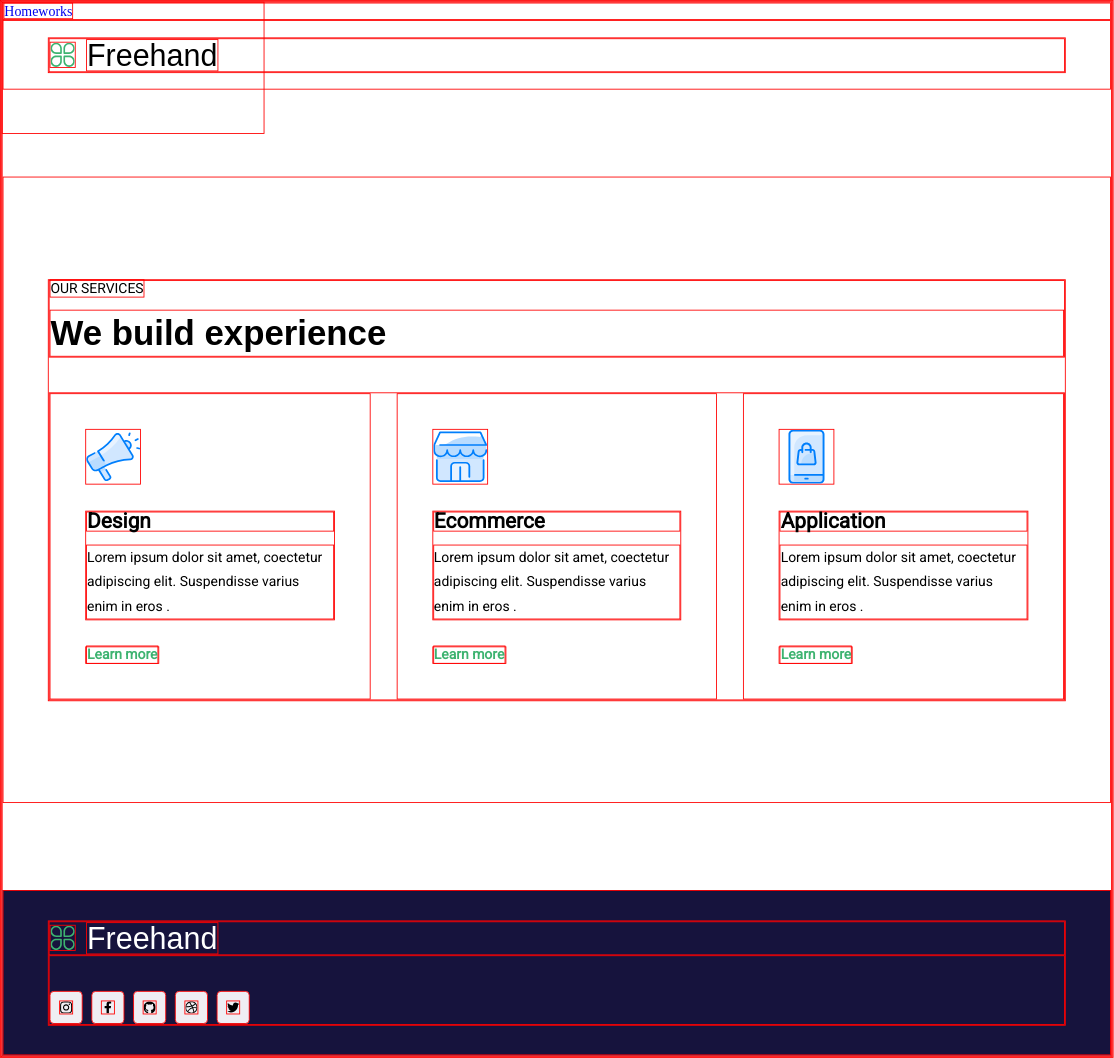
Repository: Tsiniavska/beetroot-test-project
Page: Homeworks/svg/index.html
These files come from the project's save history. The page is drawn as it stood at one moment and after the next save; the edit follows.
The browser window is 1280 px wide. The pictures show the whole page, at 87% of full size.
Some web fonts or font styles are not loaded; a fallback is used.

Above is the page before, as saved 2024-02-28 22:57:15.

After the next save:
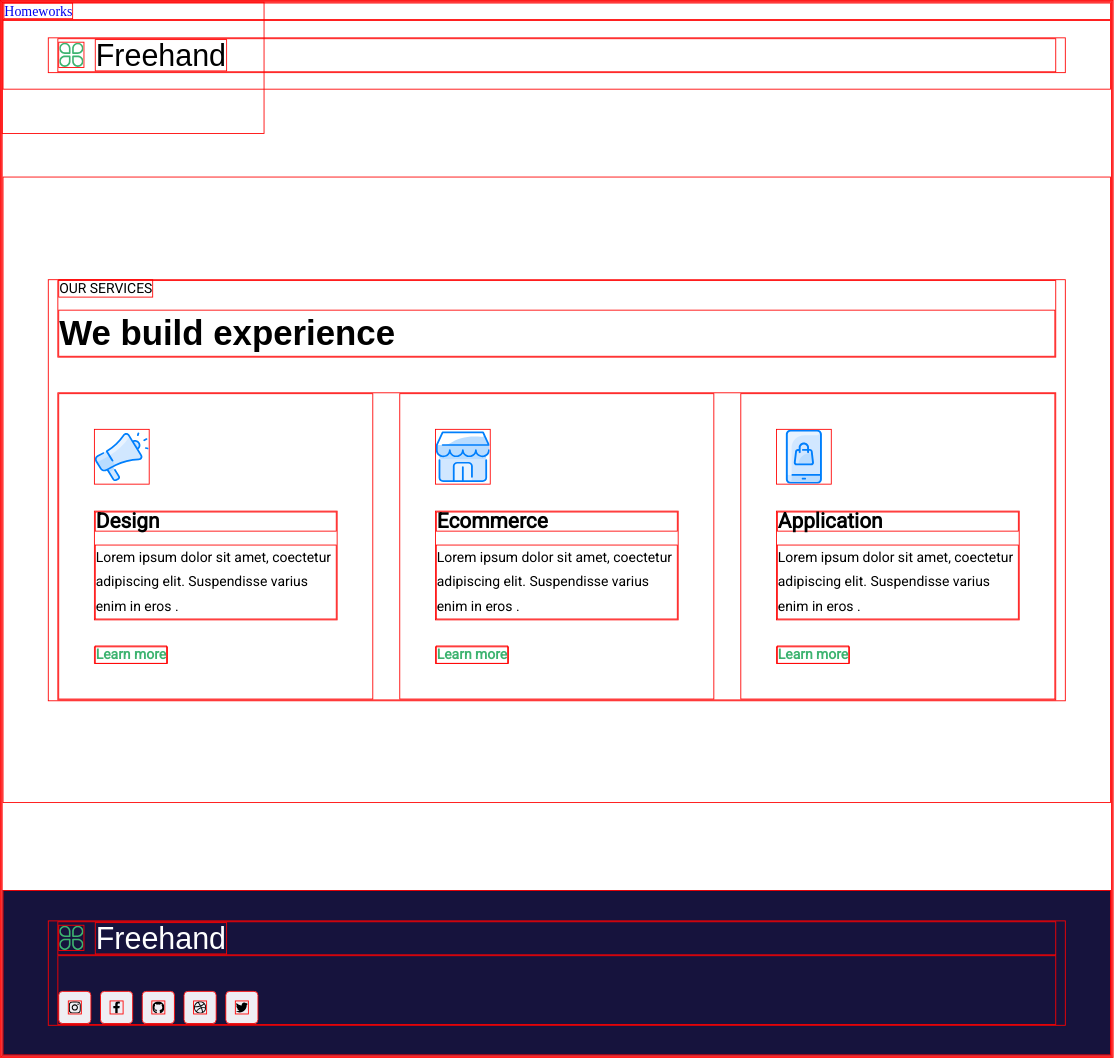
Saved 39 s later.
--- a/Homeworks/svg/index.css
+++ b/Homeworks/svg/index.css
@@ -2,6 +2,8 @@
   max-width: 1170px;
   width: 100%;
   margin: 0 auto;
+  padding-left: 10px;
+  padding-right: 10px;
 }
 
 /* Header */
